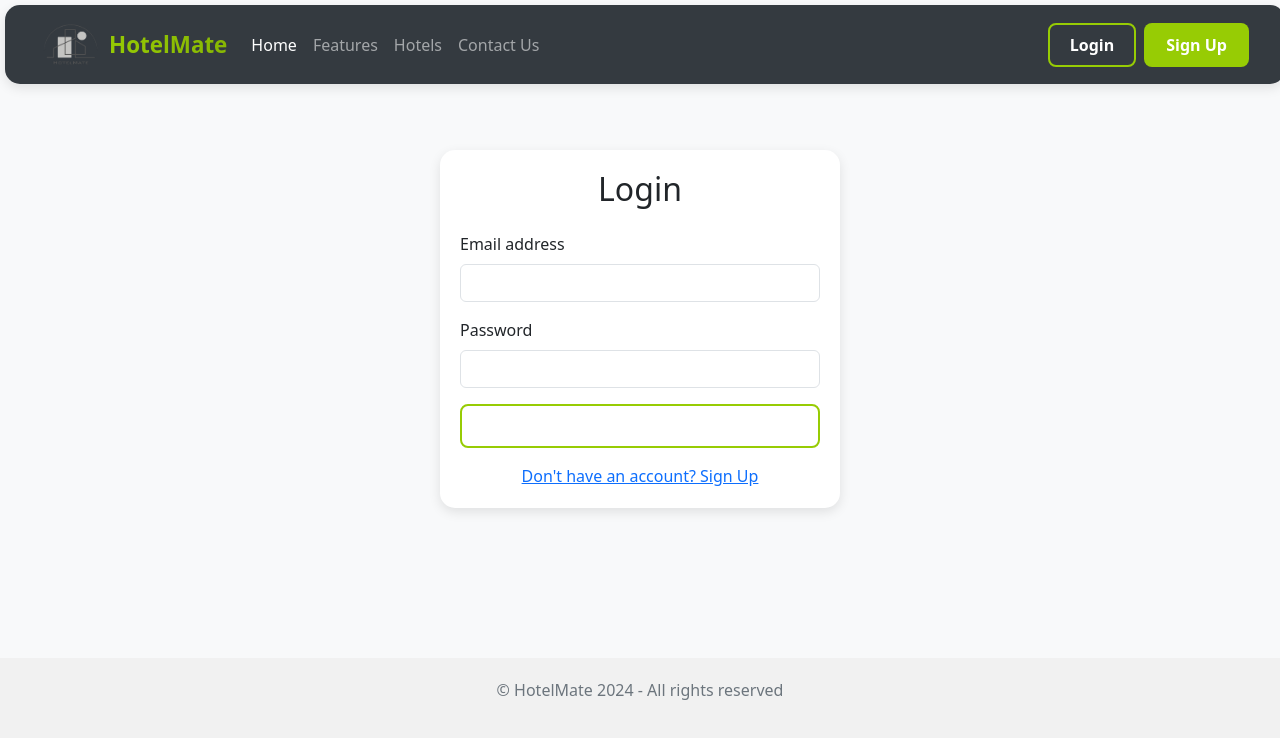
Repository: himanshu2k23/HoteMate
Page: http://localhost/HotelMate/login.jsp
An editor plug-in stored every save of this project. The page is shown before and after the next save, followed by the edit.
The browser window is 1280 px wide. The pictures show the whole page.
The page is served by Tomcat 10. Other server files are loaded and not shown.

Above is the page before, as saved 2025-01-15 17:28:00.

### HotelMate/src/main/webapp/login.jsp
<%@ page contentType="text/html;charset=UTF-8" language="java"%>
<!DOCTYPE html>
<html lang="en">
<head>
<meta charset="UTF-8">
<meta name="viewport" content="width=device-width, initial-scale=1.0">
<title>Login - HotelMate</title>
<!-- Bootstrap CSS -->
<link
	href="https://cdn.jsdelivr.net/npm/bootstrap@5.3.0/dist/css/bootstrap.min.css"
	rel="stylesheet">
<style>
body {
	background-color: #f8f9fa;
}

.login-container {
	max-width: 400px;
	margin: 150px auto;
	padding: 20px;
	border-radius: 15px;
	box-shadow: 0px 4px 12px rgba(0, 0, 0, 0.1);
	background-color: #fff;
}
.login-btn {
	background-color: #97CC04 important!;
	color: #fff;
}

.login-btn:hover {
	background-color: #76b302; /* Darker green on hover */
}
</style>
</head>
<body>

	<!-- Navbar -->
	<%@ include file="/Components/navbar.jsp"%>

	<div class="login-container">
		<h2 class="text-center mb-4">Login</h2>

		<!-- Display error message if present using Java -->
		<%
		String errorMessage = (String) request.getAttribute("errorMessage");
		if (errorMessage != null && !errorMessage.isEmpty()) {
		%>
		<div class="alert alert-danger" role="alert"><%=errorMessage%></div>
		<%
		}
		%>

		<!-- Login Form -->
		<form action="LoginServlet" method="post">
			<div class="mb-3">
				<label for="email" class="form-label">Email address</label> <input
					type="email" class="form-control" id="email" name="email" required>
			</div>
			<div class="mb-3">
				<label for="password" class="form-label">Password</label> <input
					type="password" class="form-control" id="password" name="password"
					required>
			</div>
			<button type="submit" class="btn login-btn w-100">Login</button>
			<div class="mt-3 text-center">
				<a href="signup.jsp">Don't have an account? Sign Up</a>
			</div>
		</form>
	</div>

	<!-- Footer -->
	<%@ include file="/Components/footer.jsp"%>

	<!-- Bootstrap JS (Popper.js included) -->
	<script
		src="https://cdn.jsdelivr.net/npm/@popperjs/core@2.11.7/dist/umd/popper.min.js"></script>
	<script
		src="https://cdn.jsdelivr.net/npm/bootstrap@5.3.0/dist/js/bootstrap.min.js"></script>
</body>
</html>

### HotelMate/src/main/webapp/Components/navbar.jsp
<%@ page import="jakarta.servlet.http.HttpSession"%>
<%@ page import="jakarta.servlet.http.HttpServletRequest"%>

<nav class="navbar navbar-expand-lg navbar-dark">
	<div class="container-fluid">
		<!-- Logo and Brand Name -->
		<a class="navbar-brand d-flex align-items-center gap-2"
			href="index.jsp"> <img
			src="http://localhost:8080/HotelMate/Images/HotelmateLogo.png"
			alt="HotelMate Logo" width="60" height="45" class="d-inline-block">
			<span class="brand-text">HotelMate</span>
		</a>

		<!-- Toggler button for smaller screens -->
		<button class="navbar-toggler border-0" type="button"
			data-bs-toggle="collapse" data-bs-target="#navbarNav"
			aria-controls="navbarNav" aria-expanded="false"
			aria-label="Toggle navigation">
			<span class="navbar-toggler-icon"></span>
		</button>

		<!-- Navbar Links -->
		<div class="collapse navbar-collapse" id="navbarNav">
			<ul class="navbar-nav me-auto">
				<li class="nav-item"><a class="nav-link active"
					aria-current="page" href="index.jsp">Home</a></li>
				<li class="nav-item"><a class="nav-link" href="#"
					onclick="scrollToFeatures(event)">Features</a></li>
				<li class="nav-item"><a class="nav-link"
					href="HotelDataServlet">Hotels</a></li>
				<li class="nav-item"><a class="nav-link" href="#"
					onclick="scrollToContact(event)">Contact Us</a></li>
			</ul>

			<!-- Login/Sign Up or Account Dropdown -->
			<ul class="navbar-nav ms-auto gap-2">
				<%
				if (session.getAttribute("userEmail") != null) {
				%>
				<li class="nav-item dropdown"><a
					class="nav-link dropdown-toggle user-profile" href="#"
					id="userDropdown" role="button" data-bs-toggle="dropdown"
					aria-expanded="false"> <i class="bi bi-person-circle"></i>
				</a>
					<ul class="dropdown-menu dropdown-menu-end animate slideIn"
						aria-labelledby="userDropdown">
						<li><a class="dropdown-item" href="mybookings.jsp">My
								Bookings</a></li>
						<li><hr class="dropdown-divider"></li>
						<li><a class="dropdown-item text-danger" href="LogoutServlet">Logout</a></li>
					</ul></li>
				<%
				} else {
				%>
				<li class="nav-item"><a class="nav-link login-btn"
					href="login.jsp">Login</a></li>
				<li class="nav-item"><a class="nav-link signup-btn"
					href="signup.jsp">Sign Up</a></li>
				<%
				}
				%>
			</ul>
		</div>
	</div>
</nav>

<!-- Alert Messages -->
<%
if (session.getAttribute("SessionSuccessMessage") != null) {
%>
<div class="alert alert-success alert-dismissible fade show"
	role="alert">
	<i class="bi bi-check-circle-fill me-2"></i>
	<%=session.getAttribute("SessionSuccessMessage")%>
	<button type="button" class="btn-close" data-bs-dismiss="alert"
		aria-label="Close"></button>
</div>
<%
session.removeAttribute("SessionSuccessMessage");
%>
<%
}
%>

<%
if (session.getAttribute("SessionErrorMessage") != null) {
%>
<div class="alert alert-danger alert-dismissible fade show" role="alert">
	<i class="bi bi-exclamation-triangle-fill me-2"></i>
	<%=session.getAttribute("SessionErrorMessage")%>
	<button type="button" class="btn-close" data-bs-dismiss="alert"
		aria-label="Close"></button>
</div>
<%
session.removeAttribute("SessionErrorMessage");
%>
<%
}
%>

<style>
.navbar {
	background-color: #343a40;
	border-radius: 15px;
	padding: 0.75rem 1.5rem;
	box-shadow: 0 4px 12px rgba(0, 0, 0, 0.1);
	position: fixed;
	top: 0;
	width: 100%;
	z-index: 1000;
	transition: all 0.3s ease;
	margin: 5px
}

.navbar-brand {
	font-weight: 600;
	font-size: 1.4rem;
}

.brand-text {
	background: linear-gradient(45deg, #97CC04, #85B403);
	-webkit-background-clip: text;
	-webkit-text-fill-color: transparent;
	font-weight: 700;
}

.nav-link {
	position: relative;
	padding: 0.5rem 1rem;
	font-weight: 500;
	transition: color 0.3s ease;
}

.nav-link::after {
	content: '';
	position: absolute;
	width: 0;
	height: 2px;
	bottom: 0;
	left: 50%;
	background-color: #97CC04;
	transition: all 0.3s ease;
	transform: translateX(-50%);
}

.nav-link:hover::after {
	width: 80%;
}

.login-btn, .signup-btn {
	background-color: #97CC04;
	color: white !important;
	border-radius: 8px;
	padding: 0.5rem 1.25rem !important;
	font-weight: 600;
	transition: all 0.3s ease;
	border: 2px solid transparent;
}

.login-btn:hover, .signup-btn:hover {
	background-color: #85B403;
	transform: translateY(-1px);
}

.login-btn {
	background-color: transparent;
	border: 2px solid #97CC04;
}

.login-btn:hover {
	background-color: #97CC04;
}

.user-profile i {
	font-size: 1.75rem;
	color: #97CC04;
	transition: color 0.3s ease;
}

.user-profile:hover i {
	color: #85B403;
}

.dropdown-menu {
	border: none;
	box-shadow: 0 4px 12px rgba(0, 0, 0, 0.1);
	border-radius: 10px;
	padding: 0.5rem;
}

.dropdown-item {
	border-radius: 6px;
	padding: 0.5rem 1rem;
	transition: all 0.2s ease;
}

.dropdown-item:hover {
	background-color: #f8f9fa;
	transform: translateX(5px);
}

.alert {
	margin-top: 90px;
	margin-bottom: 0;
	border: none;
	border-radius: 10px;
	padding: 1rem;
	animation: slideInDown 0.5s ease;
}

@
keyframes slideInDown {from { transform:translateY(-100%);
	opacity: 0;
}

to {
	transform: translateY(0);
	opacity: 1;
}

}

/* Dropdown animation */
.animate {
	animation-duration: 0.3s;
	-webkit-animation-duration: 0.3s;
	animation-fill-mode: both;
	-webkit-animation-fill-mode: both;
}

@
keyframes slideIn { 0% {
	transform: translateY(1rem);
	opacity: 0;
}

100
%
{
transform
:
translateY(
0rem
);
opacity
:
1;
}
}
.slideIn {
	-webkit-animation-name: slideIn;
	animation-name: slideIn;
}

@media ( max-width : 991.98px) {
	.navbar-collapse {
		background-color: #343a40;
		padding: 1rem;
		border-radius: 10px;
		margin-top: 1rem;
	}
	.nav-link::after {
		display: none;
	}
	.login-btn, .signup-btn {
		text-align: center;
		margin: 0.5rem 0;
	}
}
</style>

<script>
	function scrollToFeatures(event) {
		event.preventDefault();
		localStorage.setItem('scrollToFeatures', 'true');
		window.location.href = "index.jsp";
	}

	function scrollToContact(event) {
		event.preventDefault();
		localStorage.setItem('scrollToContact', 'true');
		window.location.href = "index.jsp";
	}
</script>

### HotelMate/src/main/webapp/Components/footer.jsp
<style>
.footer {
	padding: 20px 0;
	background-color: #f1f1f1;
	text-align: center;
}
</style>

<div class='footer' id="footer">
	<p class="text-center text-secondary">© HotelMate 2024 - All
		rights reserved</p>
</div>

After the next save:
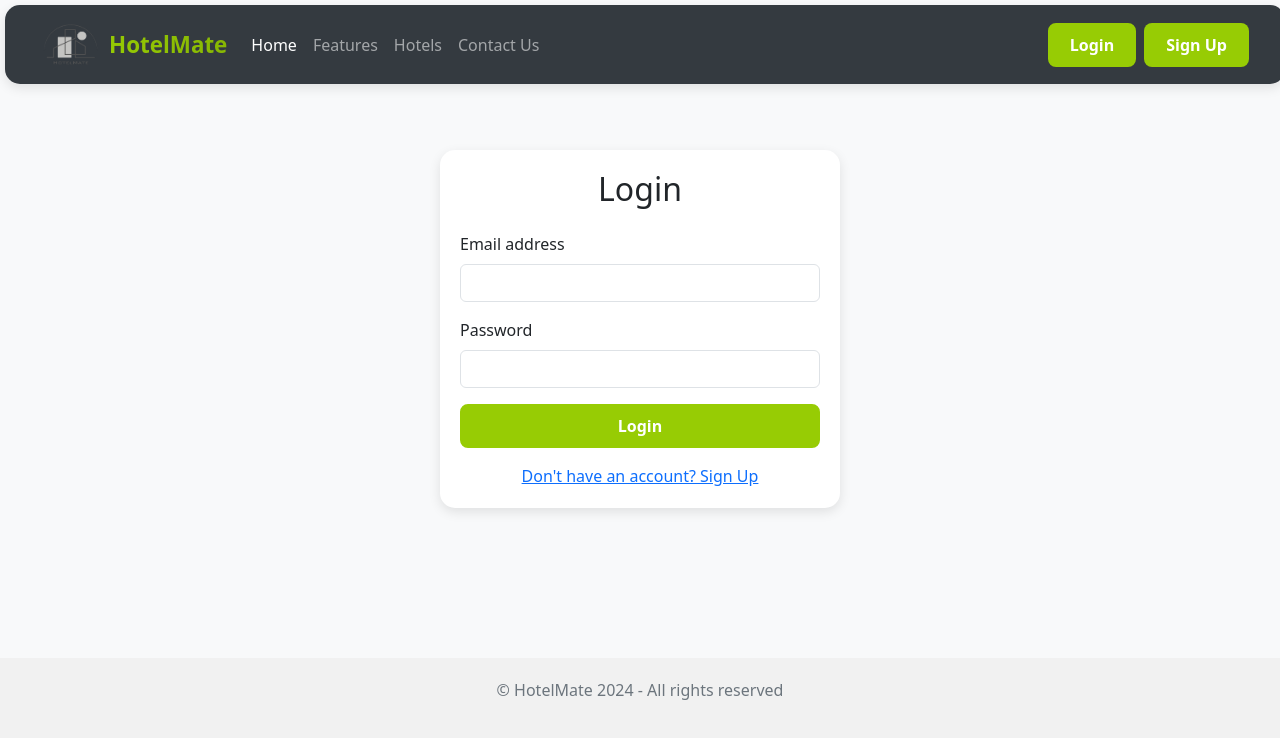
Saved 89 s later.
--- a/HotelMate/src/main/webapp/login.jsp
+++ b/HotelMate/src/main/webapp/login.jsp
@@ -23,7 +23,7 @@ body {
 	background-color: #fff;
 }
 .login-btn {
-	background-color: #97CC04 important!;
+	background-color: #97CC04 !important;
 	color: #fff;
 }
 
